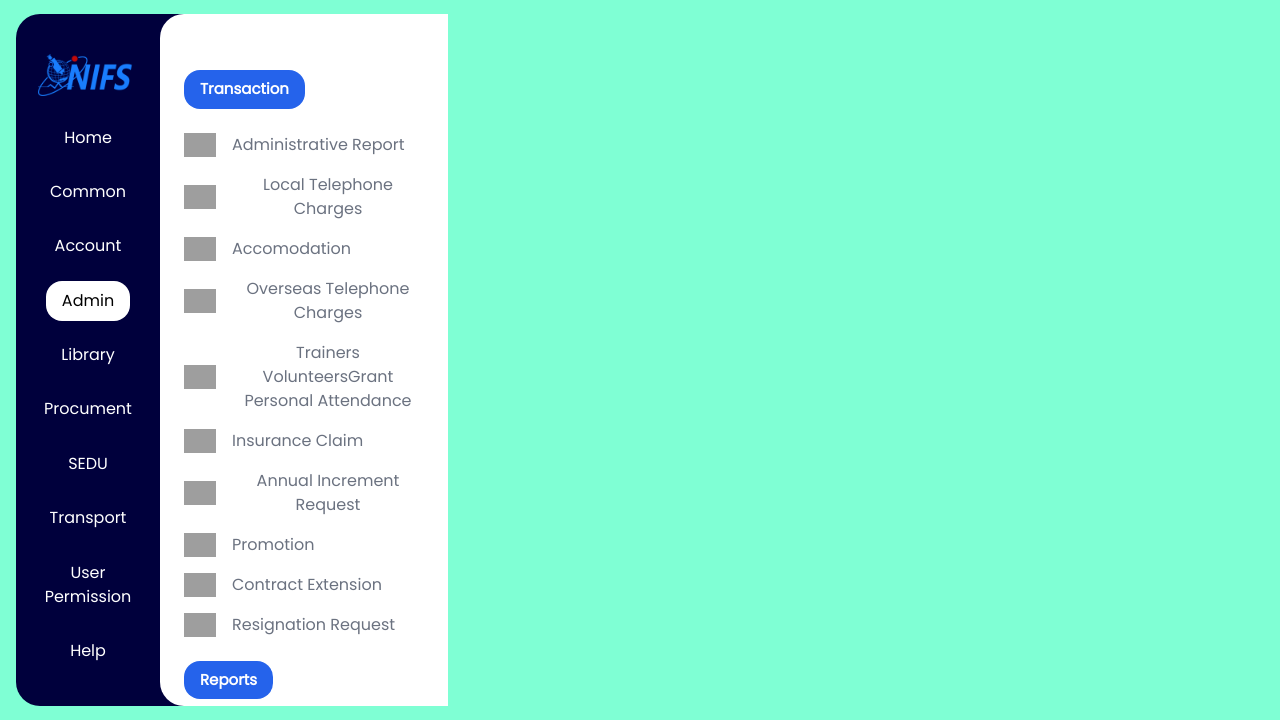
Repository: virangaj/NIFS-WebApp
Page: /admin (app in client/)
An editor plug-in stored every save of this project. The page is shown before and after the next save, followed by the edit.
The browser window is 1280 px wide. The pictures show the whole page.
Pictures or frames that could not be fetched are drawn as grey boxes. The project was rebuilt for these pictures with package versions that can differ from the ones it lists, and the page was loaded fresh each time. Also part of the build but not shown: client/src/pages/Login.tsx, client/src/pages/Home.tsx, client/src/components/Transport/shared/TransportNavbar.js, client/src/pages/TransportMainPage.tsx, client/src/pages/CommonMainPage.tsx, client/src/pages/AccountMainPage.tsx, client/src/pages/LibraryMainPage.js, client/src/pages/ProcumentMainPage.js and 15 more.

Above is the page before, as saved 2022-07-30 23:40:45.

### client/public/index.html
<!DOCTYPE html>
<html lang="en">
	<head>
		<meta charset="utf-8" />
		<link rel="icon" href="nifs_logo.png" />
		<meta name="viewport" content="width=device-width, initial-scale=1" />
		<meta name="theme-color" content="#000000" />
		<meta
			name="description"
			content="Web site created using create-react-app"
		/>
		<link rel="apple-touch-icon" href="%PUBLIC_URL%/logo192.png" />
		<!--
      manifest.json provides metadata used when your web app is installed on a
      user's mobile device or desktop. See https://developers.google.com/web/fundamentals/web-app-manifest/
    -->
		<link rel="manifest" href="%PUBLIC_URL%/manifest.json" />
		<!--
      Notice the use of %PUBLIC_URL% in the tags above.
      It will be replaced with the URL of the `public` folder during the build.
      Only files inside the `public` folder can be referenced from the HTML.

      Unlike "/favicon.ico" or "favicon.ico", "%PUBLIC_URL%/favicon.ico" will
      work correctly both with client-side routing and a non-root public URL.
      Learn how to configure a non-root public URL by running `npm run build`.
    -->
		<link
			href="https://fonts.googleapis.com/css?family=Poppins"
			rel="stylesheet"
		/>
		<title>NIFS Dashboard</title>
	</head>
	<body>
		<noscript>You need to enable JavaScript to run this app.</noscript>
		<div id="root"></div>
		<!--
      This HTML file is a template.
      If you open it directly in the browser, you will see an empty page.

      You can add webfonts, meta tags, or analytics to this file.
      The build step will place the bundled scripts into the <body> tag.

      To begin the development, run `npm start` or `yarn start`.
      To create a production bundle, use `npm run build` or `yarn build`.
    -->
	</body>
</html>

### client/src/index.css
@tailwind base;
@tailwind components;
@tailwind utilities;

* {
  margin: 0;
}

body {
  font-family: 'Poppins';
  -webkit-font-smoothing: antialiased;
  -moz-osx-font-smoothing: grayscale;
  background-color: aliceblue;

}

::-webkit-scrollbar {
  display: none;
}


:root {
  --main-navbar-back: #00003c;
  --nav-title-section-back: rgba(47, 163, 72, 0.589);
  --white: #fff;
  --black: #000;
  --gray: rgba(68, 68, 68, 0.432);
  --border-radius: 10px;
  --pimary: rgb(10, 94, 133);
  --warning: #ed3d63;
  --secondary-nav-color: rgb(255, 255, 255);
}


.nav-logo {
  width: 100px;
  height: auto;
  margin-bottom: 2vh;
}

a {
  text-decoration: none;
}

.border-l-rounded {}

/* main navbar */
.main-nav-bg {
  background-color: var(--main-navbar-back) !important;
}

.main-navbar {
  background-color: var(--main-navbar-back) !important;
  width: 100% !important;
  height: 80px !important;

}

/* secondary navbar */

.sec-nav-bg {
  background-color: var(--secondary-nav-color);
}

.secondary-navbar {
  margin: auto;
}

.nav-flex-section {
  display: -webkit-flex;
  display: -ms-flexbox;
  display: flex;
  -webkit-flex-wrap: wrap;
  -ms-flex-wrap: wrap;
  flex-wrap: wrap;
  justify-content: center;
}

.nav-flex-inside {
  margin-left: 5px;
  margin-left: 5px;
}

.nav-title {
  font-size: 15px;
  text-align: center;
  color: var(--white);
  font-weight: 600;

}

.nav-title-section {
  border-radius: var(--border-radius);
  background-color: var(--nav-title-section-back);
  box-shadow: rgba(100, 100, 111, 0.2) 0px 7px 29px 0px;
  pointer-events: none;
  margin-left: 10px;
  margin-left: 10px;
}

.nav-icon {
  width: 40px;
}

.nav-link {
  display: flex;
  display: -webkit-flex;
  display: -ms-flexbox;
  flex-direction: column;
  align-items: center;
  font-size: 14px;
  margin-left: 5px;
  margin-right: 5px;
  border: none;
  box-shadow: rgba(100, 100, 111, 0.2) 0px 7px 29px 0px;
  padding: 4px 8px 6px 8px;
  margin-bottom: 10px;
  text-align: center;
  width: 125px;
  border-radius: var(--border-radius);
  background-color: var(--white);
  outline: none;
  min-height: 120px;
}

.nav-link:hover {
  color: var(--pimary);
  cursor: pointer;
  box-shadow: rgba(81, 146, 177, 0.2) 0px 7px 29px 0px;
  background-color: rgb(254, 255, 205);
  border-bottom: 2px solid var(--warning);
}


.nav-link:active {
  color: var(--pimary);
  cursor: pointer;
  box-shadow: rgba(81, 146, 177, 0.2) 0px 7px 29px 0px;
  background-color: rgb(205, 248, 255);
  border-bottom: 2px solid var(--warning);
}

.nav-link-active {
  color: var(--pimary);
  cursor: pointer;
  box-shadow: rgba(81, 146, 177, 0.2) 0px 7px 29px 0px;
  background-color: rgb(205, 248, 255);
  border-bottom: 2px solid var(--warning);
}

/* body content*/
.body-content {
  margin: auto;
  width: 90%;
  margin-top: 12vh;

}

/* main page content */
.main-content {
  width: 90%;
  margin: auto;
  margin-top: 20px;
}

/* sub page content */

.sub-body-content {
  border: 2px solid var(--gray);
  border-radius: var(--border-radius);
  padding: 10px;
}

.sub-body-title {
  font-size: 24px;
}



/* error page */
.error-page {
  border: 2px solid var(--gray);
  border-radius: var(--border-radius);
  height: 50vh;
  width: 50vw;
  margin: auto;
  margin-top: 50px;
}

.error-page-content {
  display: flex;
  flex-direction: column;
  align-items: center;
  text-align: center !important;
  margin-top: 50px;
}

.error-page-content h1 {
  font-size: 100px;
  color: var(--warning);
  font-weight: 700;
  pointer-events: none;

}

.error-page-content p {
  font-size: 20px;
  margin-bottom: 20px;
  pointer-events: none;
}


@media screen and (max-width: 1366px) {
  body {
    background-color: aquamarine;
  }

  .nav-link {
    font-size: 12px;
    padding: 4px 4px 6px 4px;
    width: 100px;
    min-height: 100px;
  }

  .nav-icon {
    width: 35px;
  }
}

### client/src/App.tsx
import React, { useEffect } from 'react';
import Navbar from './components/shared/Navbar';
import Login from './pages/Login'
import { BrowserRouter as Router, Route, Routes } from 'react-router-dom'
import Home from './pages/Home';
import TransportMainPage from './pages/TransportMainPage';
import CommonMainPage from './pages/CommonMainPage';
import AccountMainPage from './pages/AccountMainPage';
import AdminMainPage from './pages/AdminMainPage';
import LibraryMainPage from './pages/LibraryMainPage';
import ProcumentMainPage from './pages/ProcumentMainPage';
import SeduMainPage from './pages/SeduMainPage';
import UserPermissionMainPage from './pages/UserPermissionMainPage';
import NotificationMainPage from './pages/NotificationMainPage';
import HelpMainPage from './pages/HelpMainPage';
import ErrorPage from './pages/ErrorPage';
import VerticalMainNavbar from './components/shared/VerticalMainNavbar';


function App() {


  return (
    <div className='w-[98%] flex mx-auto flex-col h-[100vh]'>
      <Router>
        {/* <Navbar /> */}
        <div>
          <VerticalMainNavbar />
        </div>
        <div className='overflow-y-scroll ml-4 scroll-bar'>
          <Routes>
            <Route path="/login" element={<Login />} />
            <Route path="/" element={<Home />} />
            <Route path="/common/*" element={<CommonMainPage />} />
            <Route path="/account/*" element={<AccountMainPage />} />
            <Route path="/admin/*" element={<AdminMainPage />} />
            <Route path="/library/*" element={<LibraryMainPage />} />
            <Route path="/procument/*" element={<ProcumentMainPage />} />
            <Route path="/sedu/*" element={<SeduMainPage />} />
            <Route path="/transport/*" element={<TransportMainPage />} />
            <Route
              path="/user-permission/*"
              element={<UserPermissionMainPage />}
            />
            <Route
              path="/notification/*"
              element={<NotificationMainPage />}
            />
            <Route path="/help/*" element={<HelpMainPage />} />
            <Route path="/error-404" element={<ErrorPage />} />
          </Routes>
        </div>


      </Router>
    </div>
  );
}

export default App;

### client/src/pages/AdminMainPage.tsx
import React from 'react';
import SecondaryNavbar from '../components/shared/SecondaryNavbar';
import Pages from '../components/data/AdminNavData.json'
import VerticalSecondaryNavbar from '../components/shared/VerticalSecondaryNavbar';
function AdminMainPage() {
	return <div className="body-position" >
		{/* <SeduSecondaryNavbar /> */}
		{/* <SecondaryNavbar pages={Pages} /> */}
		{/* <div className="main-content"> */}
		<div className='secondary-nav-position'>
			<VerticalSecondaryNavbar pages={Pages} />
		</div>
	</div>;
}

export default AdminMainPage;

### client/src/components/shared/VerticalMainNavbar.tsx
import { Button } from '@mui/material'
import React from 'react'
import { Link, useLocation } from 'react-router-dom'
import Pages from '../data/MainNavPages.json'
import { HiMenuAlt2 } from "react-icons/hi";
import Logo from '../../images/nifs_logo.png'


function VerticalMainNavbar() {

    const location: any = useLocation();

    return (
        <>
            <div className='fixed left-0 w-48 top-[2vh] main-nav-bg ml-4 rounded-l-3xl'>
                <div className='h-[96vh] w-36 flex flex-col items-center py-10 px-2'>
                    <Link to='/'>
                        <img src={Logo} alt="logo" className="nav-logo" />
                    </Link>
                    {Pages.map((page, index) => (
                        location.pathname.split('/')[1] === page.link.split('/')[1] ?
                            <Link to={page.link} style={{ textDecoration: 'none' }} key={index}>
                                <button className='bg-white my-[1vh] px-4 py-2 rounded-2xl text-black'>
                                    {page.title}
                                </button>
                            </Link>
                            :
                            <Link to={page.link} style={{ textDecoration: 'none' }} key={index}>
                                <button className='my-[1vh] px-4 py-2 rounded-2xl text-white'>

                                    {page.title}
                                </button>
                            </Link>
                    ))}
                </div>
            </div>
            {/* <div className='fixed left-0 w-24 top-[2vh] visible md:invisible main-nav-bg ml-2 rounded-l-3xl'>
                <div className='h-[96vh] w-20 flex flex-col items-center py-10 px-2'>
                    <p className='text-white text-2xl cursor-pointer'>

                        <HiMenuAlt2 />
                    </p>


                </div>
            </div> */}
        </>
    )
}

export default VerticalMainNavbar

### client/src/components/shared/VerticalSecondaryNavbar.tsx
import React from 'react'
import Box from '@mui/material/Box';
import { Link, useLocation } from 'react-router-dom';
import Employees from '../data/Employee.json';

function VerticalSecondaryNavbar(props: any) {
    console.log(props.pages)
    const location = useLocation();
    const user = Employees[0];
    // const isAdmin: Boolean = user.deparment.toUpperCase() === location.pathname.split('/')[1].toUpperCase() && user.admin === true;
    const isAdmin: Boolean = true;

    console.log(isAdmin)
    const pages: any = props.pages;
    return (
        <div className='fixed left-0 w-72 top-[2vh] sec-nav-bg ml-40 rounded-l-3xl'>
            <div className='h-[96vh] flex flex-col items-start ml-4 py-10 px-2'>

                {pages.map((content: any, index: number) =>
                    <>
                        <div className='my-4 bg-blue-600 py-2 px-4 rounded-2xl '>
                            <p className='nav-title'>{content.section}</p>
                        </div>
                        {content.routes.map((page: any, i: number) => (
                            isAdmin ? <Link to={page.link} key={i}>
                                <div className='flex items-center'>
                                    <img src={page.img} alt={page.title} className='w-8' />
                                    <button className={location.pathname === page.link ? 'px-4 py-2 rounded-2xl text-black font-semibold hover:text-blue-500 hover:font-semibold' : 'text-gray-500 px-4 py-2 hover:text-blue-500 hover:font-semibold'}>{page.title}</button>
                                </div>
                            </Link> : (!page.only_admin ? <Link to={page.link} key={i}>
                                <div className='flex items-center'>
                                    <img src={page.img} alt={page.title} className='w-8' />
                                    <button className={location.pathname === page.link ? 'px-4 py-2 rounded-2xl text-black font-semibold hover:text-blue-500 hover:font-semibold' : 'text-gray-500 px-4 py-2 hover:text-blue-500 hover:font-semibold'}>{page.title}</button>
                                </div>
                            </Link> : "")
                        ))}
                    </>

                )}

            </div>

        </div>
    )
}

export default VerticalSecondaryNavbar

### client/src/components/data/AdminNavData.json
[
    {
        "section": "Transaction",
        "only_admin": false,
        "routes": [
            {
                "title": "Administrative Report",
                "link": "/admin/administrative-report",
                "img": "https://img.icons8.com/fluency/50/000000/administrative-tools.png",
                "only_admin": false
            },
            {
                "title": "Local Telephone Charges",
                "link": "/admin/local-tel-charges",
                "img": "https://img.icons8.com/fluency/50/000000/phone-office.png",
                "only_admin": false
            },
            {
                "title": "Accomodation",
                "link": "/admin/accomodation",
                "img": "https://img.icons8.com/fluency/50/000000/3-star-hotel.png",
                "only_admin": false
            },
            {
                "title": "Overseas Telephone Charges",
                "link": "/admin/overseas-tel-charges",
                "img": "https://img.icons8.com/fluency/50/000000/around-the-globe.png",
                "only_admin": false
            },
            {
                "title": "Trainers VolunteersGrant Personal Attendance",
                "link": "/admin/trainer-volunteer-attendance",
                "img": "https://img.icons8.com/fluency/50/000000/manager.png",
                "only_admin": false
            },
            {
                "title": "Insurance Claim",
                "link": "/admin/insurance-claim",
                "img": "https://img.icons8.com/fluency/50/000000/broker.png",
                "only_admin": false
            },
            {
                "title": "Annual Increment Request",
                "link": "/admin/annual-increment-request",
                "img": "https://img.icons8.com/fluency/50/000000/economic-improvement.png",
                "only_admin": false
            },
            {
                "title": "Promotion",
                "link": "/admin/promotion",
                "img": "https://img.icons8.com/fluency/50/000000/loyalty-card.png",
                "only_admin": false
            },
            {
                "title": "Contract Extension",
                "link": "/admin/contract-extension",
                "img": "https://img.icons8.com/fluency/50/000000/contract.png",
                "only_admin": false
            },
            {
                "title": "Resignation Request",
                "link": "/admin/resignation-request",
                "img": "https://img.icons8.com/fluency/50/000000/exit.png",
                "only_admin": false
            }
        ]
    },
    {
        "section": "Reports",
        "only_admin": true,
        "routes": [
            {
                "title": "Report Generator",
                "link": "/admin/report-generator",
                "img": "https://img.icons8.com/cute-clipart/50/000000/load-from-file.png",
                "only_admin": true
            }
        ]
    }
]

### client/src/components/data/MainNavPages.json
[
    {
        "id": 0,
        "title": "Home",
        "link": "/"
    },
    {
        "id": 1,
        "title": "Common",
        "link": "/common"
    },
    {
        "id": 2,
        "title": "Account",
        "link": "/account"
    },
    {
        "id": 3,
        "title": "Admin",
        "link": "/admin"
    },
    {
        "id": 4,
        "title": "Library",
        "link": "/library"
    },
    {
        "id": 5,
        "title": "Procument",
        "link": "/procument"
    },
    {
        "id": 6,
        "title": "SEDU",
        "link": "/sedu"
    },
    {
        "id": 7,
        "title": "Transport",
        "link": "/transport"
    },
    {
        "id": 8,
        "title": "User Permission",
        "link": "/user-permission"
    },
    {
        "id": 10,
        "title": "Help",
        "link": "/help"
    }
]

### client/src/components/data/Employee.json
[
    {
        "id": 0,
        "value": "Mr. Kamal",
        "admin": true,
        "deparment": "Transpoort"
    },
    {
        "id": 1,
        "value": "Mr. Sunil",
        "admin": true,
        "deparment": "SEDU"
    },
    {
        "id": 2,
        "value": "Mr. Kusal",
        "admin": false,
        "deparment": "Transpoort"
    },
    {
        "id": 3,
        "value": "Mrs. Nayana",
        "admin": false,
        "deparment": "SEDU"
    },
    {
        "id": 4,
        "value": "Miss Rashmi",
        "admin": false,
        "deparment": "Transpoort"
    }
]

Loaded but not shown: client/src/index.tsx (common file); client/src/reportWebVitals.ts (common file); client/tailwind.config.js (common file)

After the next save:
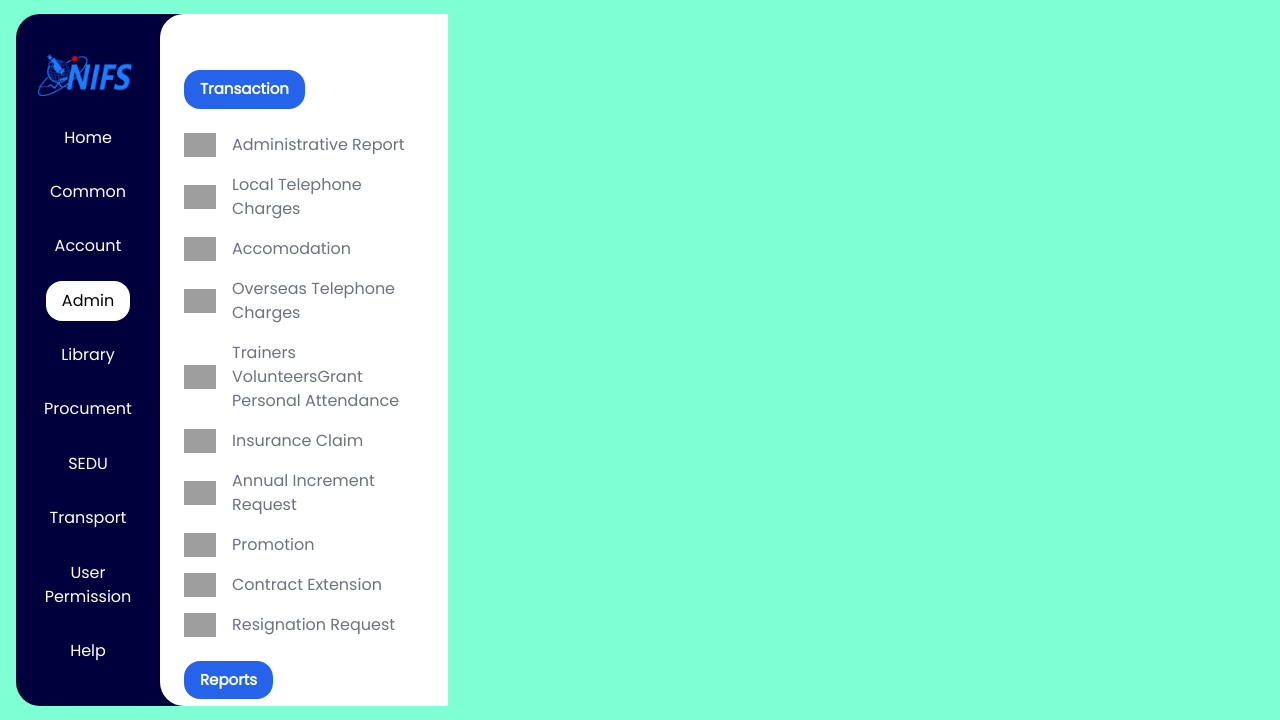
Saved 48 s later.
--- a/client/src/components/shared/VerticalSecondaryNavbar.tsx
+++ b/client/src/components/shared/VerticalSecondaryNavbar.tsx
@@ -25,12 +25,12 @@ function VerticalSecondaryNavbar(props: any) {
                             isAdmin ? <Link to={page.link} key={i}>
                                 <div className='flex items-center'>
                                     <img src={page.img} alt={page.title} className='w-8' />
-                                    <button className={location.pathname === page.link ? 'px-4 py-2 rounded-2xl text-black font-semibold hover:text-blue-500 hover:font-semibold' : 'text-gray-500 px-4 py-2 hover:text-blue-500 hover:font-semibold'}>{page.title}</button>
+                                    <button className={location.pathname === page.link ? 'px-4 py-2 rounded-2xl text-black font-semibold text-left hover:text-blue-500 hover:font-semibold' : 'text-gray-500 px-4 py-2 text-left hover:text-blue-500 hover:font-semibold'}>{page.title}</button>
                                 </div>
                             </Link> : (!page.only_admin ? <Link to={page.link} key={i}>
                                 <div className='flex items-center'>
                                     <img src={page.img} alt={page.title} className='w-8' />
-                                    <button className={location.pathname === page.link ? 'px-4 py-2 rounded-2xl text-black font-semibold hover:text-blue-500 hover:font-semibold' : 'text-gray-500 px-4 py-2 hover:text-blue-500 hover:font-semibold'}>{page.title}</button>
+                                    <button className={location.pathname === page.link ? 'px-4 py-2 rounded-2xl text-black font-semibold text-left hover:text-blue-500 hover:font-semibold' : 'text-gray-500 px-4 py-2 text-left hover:text-blue-500 hover:font-semibold'}>{page.title}</button>
                                 </div>
                             </Link> : "")
                         ))}
